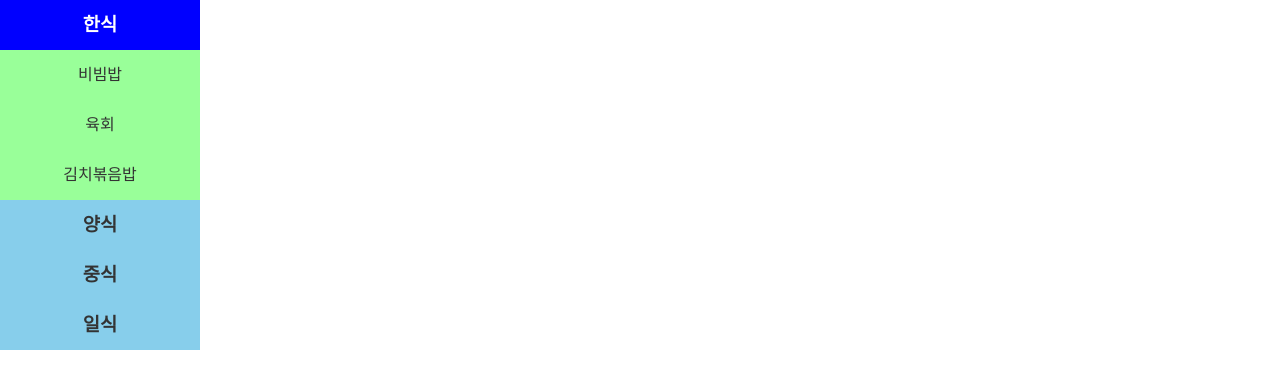
Repository: gwonjunsu95/html5
Page: html5/WebContent/day0304.html
An editor plug-in stored every save of this project. The page is shown before and after the next save, followed by the edit.
The browser window is 1280 px wide. The pictures show the whole page.

Above is the page before, as saved 2020-04-20 05:47:46.

### html5/WebContent/day0304.html
<!DOCTYPE html>
<html>
<head>
	<meta charset="UTF-8">
	<title>Insert title here</title>
	<style>
		*{
			margin: 0;
			padding: 0;
			text-decoration: none;
			list-style: none;
			color: #333;
		}

		.nav > ul > li {
			width: 200px;
			height: 50px;
			line-height: 50px;
			text-align: center;
			background: skyblue;
			overflow: hidden;
		}

			.nav > ul > li:hover{
				height: 200px;
				transition: 0.5s;
				background: blue;
			}
				.nav > ul > li:hover > h3 > a{
					color: white;
				}

		ul ul > li{
			background: #9f9;
		}

			ul ul > li:hover{
				background: #7c7;
			}

		.nav {
			width: 200px;
		}


	</style>
</head>
<body>
	<div class = "nav">
		<ul>
			<li>
				<h3><a href = "#">한식</a></h3>
				<ul>
					<li><a href = "#">비빔밥</a></li>
					<li><a href = "#">육회</a></li>
					<li><a href = "#">김치볶음밥</a></li>
				</ul>
			</li>
			<li>
				<h3><a href = "#">양식</a></h3>
				<ul>
					<li><a href = "#">파스타</a></li>
					<li><a href = "#">피자</a></li>
					<li><a href = "#">스테이크</a></li>
				</ul>
			</li>
			<li>
				<h3><a href = "#">중식</a></h3>
				<ul>
					<li><a href = "#">짜장면</a></li>
					<li><a href = "#">짬뽕</a></li>
					<li><a href = "#">볶음밥</a></li>
				</ul>
			</li>
			<li>
				<h3><a href = "#">일식</a></h3>
				<ul>
					<li><a href = "#">초밥</a></li>
					<li><a href = "#">튀김</a></li>
					<li><a href = "#">라멘</a></li>
				</ul>
			</li>
		</ul>
	</div>
</body>
</html>

After the next save:
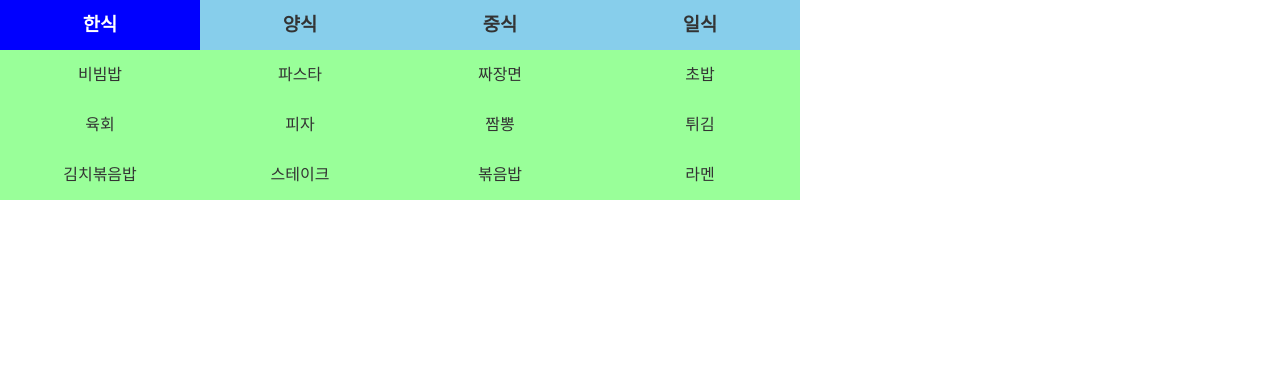
Saved 114 s later.
--- a/html5/WebContent/day0304.html
+++ b/html5/WebContent/day0304.html
@@ -17,8 +17,8 @@
 			height: 50px;
 			line-height: 50px;
 			text-align: center;
+			float: left;
 			background: skyblue;
-			overflow: hidden;
 		}
 
 			.nav > ul > li:hover{
@@ -39,10 +39,8 @@
 			}
 
 		.nav {
-			width: 200px;
+			width: 800px;
 		}
-
-
 	</style>
 </head>
 <body>
